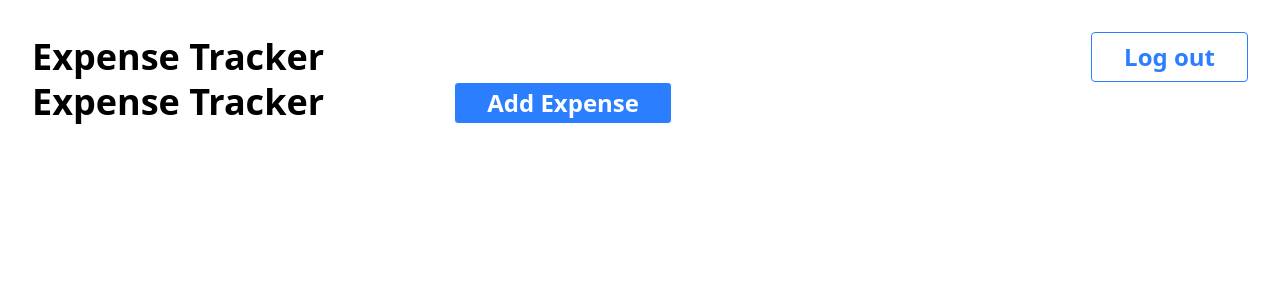
Repository: Syed-Mohsin-Ali786/frontend-expense-tracker
Page: /
These files come from the project's save history. The page is drawn as it stood at one moment and after the next save; the edit follows.
The browser window is 1280 px wide. The pictures show the whole page.
The project was rebuilt for these pictures with package versions that can differ from the ones it lists, and the page was loaded fresh each time.

Above is the page before, as saved 2025-09-28 14:05:46.

### src/App.tsx

import './App.css'

function App() {


  return (
    <div className=' mt-4 mx-4 p-4'>
      {/* Header */}
      <header className='flex items-center justify-between'>
     <h1 className='text-4xl  font-semibold'>Expense Tracker</h1>
     <button className=' border border-blue-500 py-2 px-3 md:px-6 lg:px-8 rounded font-semibold text-blue-500 text-2xl '>Log out</button>
      </header>

      {/* The main page */}
<section>
  {/* Expenses */}
<div className='flex w-[50vw] justify-between'>
<h1 className='text-4xl  font-semibold'>Expense Tracker</h1>
     <button className=' bg-blue-500 border py-1 px-3 md:px-6 lg:px-8 rounded font-semibold text-[#ffff] text-2xl '>Add Expense</button>

</div>
{/* Charts */}
<div>

</div>
</section>
    </div>
  )
}

export default App

Loaded but not shown: index.html (common file); src/main.tsx (common file); src/App.css (common file)

After the next save:
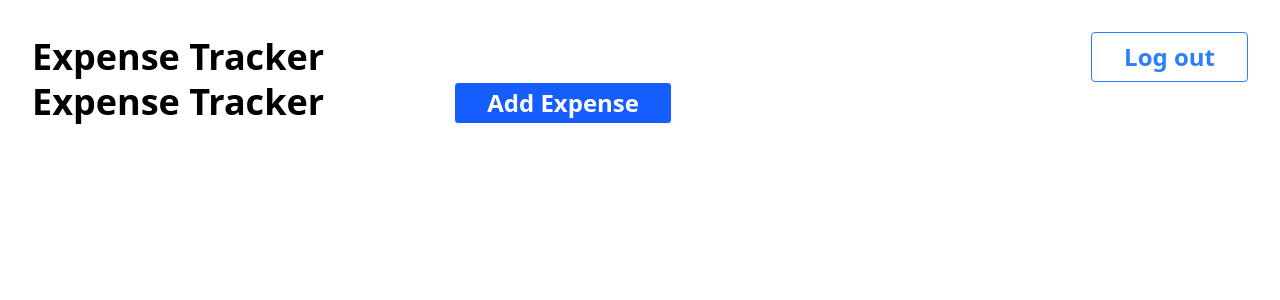
Saved 10 s later.
--- a/src/App.tsx
+++ b/src/App.tsx
@@ -17,7 +17,7 @@ function App() {
   {/* Expenses */}
 <div className='flex w-[50vw] justify-between'>
 <h1 className='text-4xl  font-semibold'>Expense Tracker</h1>
-     <button className=' bg-blue-500 border py-1 px-3 md:px-6 lg:px-8 rounded font-semibold text-[#ffff] text-2xl '>Add Expense</button>
+     <button className=' bg-blue-600 border py-1 px-3 md:px-6 lg:px-8 rounded font-semibold text-[#ffff] text-2xl '>Add Expense</button>
 
 </div>
 {/* Charts */}
